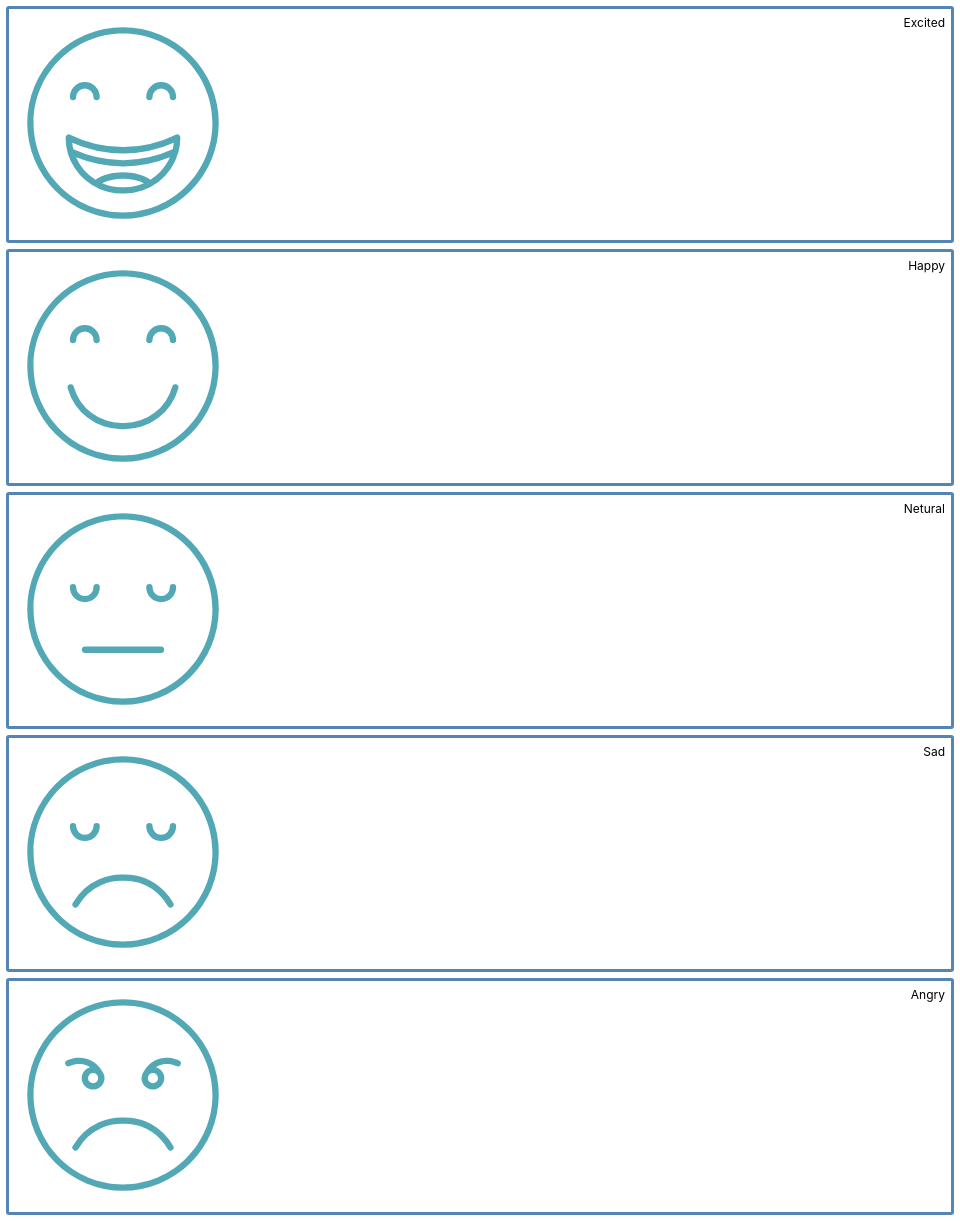
Repository: majakesin/moodify-app
Page: /
These files come from the project's save history. The page is drawn as it stood at one moment and after the next save; the edit follows.
The browser window is 1280 px wide. The pictures show the whole page, at 75% of full size.
The project was rebuilt for these pictures with package versions that can differ from the ones it lists, and the page was loaded fresh each time.

Above is the page before, as saved 2023-08-21 11:46:04.

### public/index.html
<!DOCTYPE html>
<html lang="en">
  <head>
    <meta charset="utf-8" />
    <link rel="icon" href="%PUBLIC_URL%/logo.svg" />
    <meta name="viewport" content="width=device-width, initial-scale=1" />
    <meta name="theme-color" content="#000000" />
    <meta
      name="description"
      content="Moodify -- App that gives yours ears the best music based on your mood"
    />
    <link rel="apple-touch-icon" href="%PUBLIC_URL%/logo.svg" />
    <!--
      manifest.json provides metadata used when your web app is installed on a
      user's mobile device or desktop. See https://developers.google.com/web/fundamentals/web-app-manifest/
    -->
    <link rel="manifest" href="%PUBLIC_URL%/manifest.json" />
    <!--
      Notice the use of %PUBLIC_URL% in the tags above.
      It will be replaced with the URL of the `public` folder during the build.
      Only files inside the `public` folder can be referenced from the HTML.

      Unlike "/favicon.ico" or "favicon.ico", "%PUBLIC_URL%/favicon.ico" will
      work correctly both with client-side routing and a non-root public URL.
      Learn how to configure a non-root public URL by running `npm run build`.
    -->
    <title>Moodify</title>
  </head>
  <body>
    <noscript>You need to enable JavaScript to run this app.</noscript>
    <div id="root"></div>
    <!--
      This HTML file is a template.
      If you open it directly in the browser, you will see an empty page.

      You can add webfonts, meta tags, or analytics to this file.
      The build step will place the bundled scripts into the <body> tag.

      To begin the development, run `npm start` or `yarn start`.
      To create a production bundle, use `npm run build` or `yarn build`.
    -->
  </body>
</html>

### src/App.js
import './App.css';
import {moods}  from 'src/data/moods'
import Mood from './components/Mood';

function App() {
  return (
    <div className="App">
      {moods.map(({type,icon}) => {
        return (<Mood type={type} icon={icon} />)
      })}
    </div>
  );
}

export default App;

### src/data/moods.js
export const moods = [
    {
        type: 'Excited',
        icon: <svg id="SvgjsSvg1081" width="288" height="288" xmlns="http://www.w3.org/2000/svg" version="1.1" xmlnsXlink="http://www.w3.org/1999/xlink" xmlnsSvgjs="http://svgjs.com/svgjs">
                <defs id="SvgjsDefs1082"></defs>
                <g id="SvgjsG1083">
                    <svg xmlns="http://www.w3.org/2000/svg" data-name="Layer 1" viewBox="0 0 512 512" width="288" height="288">
                        <path fill="currentcolor" d="M416.51318,95.48682A226.99992,226.99992,0,1,0,95.48682,416.51318,226.99992,226.99992,0,1,0,416.51318,95.48682ZM256,468C139.103,468,44,372.897,44,256S139.103,44,256,44s212,95.103,212,212S372.897,468,256,468ZM137.5,202a7.50006,7.50006,0,0,0,7.5-7.5,20.5,20.5,0,0,1,41,0,7.5,7.5,0,0,0,15,0,35.5,35.5,0,0,0-71,0A7.50006,7.50006,0,0,0,137.5,202Zm181,0a7.50006,7.50006,0,0,0,7.5-7.5,20.5,20.5,0,0,1,41,0,7.5,7.5,0,0,0,15,0,35.5,35.5,0,0,0-71,0A7.50006,7.50006,0,0,0,318.5,202Zm69.95947,82.13037a7.49875,7.49875,0,0,0-7.27832-.356A284.51645,284.51645,0,0,1,257.5,313h-1.48a284.55042,284.55042,0,0,1-125.2002-29.2251A7.4999,7.4999,0,0,0,120,290.5a132.31839,132.31839,0,0,0,79.15625,121.32324A131.47888,131.47888,0,0,0,252.5,423h7a132.5854,132.5854,0,0,0,127.794-97.37988A133.06894,133.06894,0,0,0,392,290.5,7.5003,7.5003,0,0,0,388.45947,284.13037ZM259.5,408h-7a116.58888,116.58888,0,0,1-46.02222-9.36157C219.72205,391.8783,237.33752,388,256.002,388c18.66236,0,36.27466,3.87708,49.51734,10.63538A116.56076,116.56076,0,0,1,259.5,408Zm83.08691-34.41309a117.56809,117.56809,0,0,1-21.38024,16.93219C305.07166,379.48517,281.17847,373,256.002,373c-25.18383,0-49.0852,6.48932-65.22168,17.52966a116.81051,116.81051,0,0,1-46.07495-53.13611,299.90773,299.90773,0,0,0,111.31323,21.61036c.5044,0,1.01612-.00147,1.52051-.00391A300.023,300.023,0,0,0,367.2478,337.40454,117.86031,117.86031,0,0,1,342.58691,373.58691ZM373.6593,318.347A284.8703,284.8703,0,0,1,257.46094,344c-.49219.00293-.97412.00391-1.46387.00391a284.90227,284.90227,0,0,1-117.65942-25.65967,117.74477,117.74477,0,0,1-2.72388-15.77832A299.64178,299.64178,0,0,0,256.02,328h1.519a299.80874,299.80874,0,0,0,118.84668-25.43555A117.6884,117.6884,0,0,1,373.6593,318.347Z" class="color2c2b2d svgShape"></path>
                    </svg>
                </g>
             </svg>
    },
    {
        type: 'Happy',
        icon: <svg id="SvgjsSvg1102" width="288" height="288" xmlns="http://www.w3.org/2000/svg" version="1.1" xmlnsXlink="http://www.w3.org/1999/xlink" xmlnsSvgjs="http://svgjs.com/svgjs">
                <defs id="SvgjsDefs1103"></defs>
                <g id="SvgjsG1104">
                    <svg xmlns="http://www.w3.org/2000/svg" data-name="Layer 1" viewBox="0 0 512 512" width="288" height="288">
                        <path fill="currentcolor" d="M382.042,299.40674a7.496,7.496,0,0,0-9.21582,5.251A117.42927,117.42927,0,0,1,259.5,391h-7a117.41578,117.41578,0,0,1-113.32715-86.33447,7.49971,7.49971,0,1,0-14.46484,3.96875A132.417,132.417,0,0,0,252.5,406h7a132.58733,132.58733,0,0,0,127.793-97.37744A7.4999,7.4999,0,0,0,382.042,299.40674ZM416.51367,95.48682A227.00026,227.00026,0,0,0,95.48633,416.51318,227.00026,227.00026,0,0,0,416.51367,95.48682ZM256,468C139.10254,468,44,372.897,44,256S139.10254,44,256,44s212,95.103,212,212S372.89746,468,256,468ZM137.5,202a7.49974,7.49974,0,0,0,7.5-7.5,20.5,20.5,0,0,1,41,0,7.5,7.5,0,0,0,15,0,35.5,35.5,0,0,0-71,0A7.49974,7.49974,0,0,0,137.5,202Zm181,0a7.49974,7.49974,0,0,0,7.5-7.5,20.5,20.5,0,0,1,41,0,7.5,7.5,0,0,0,15,0,35.5,35.5,0,0,0-71,0A7.49974,7.49974,0,0,0,318.5,202Z" class="color2c2b2d svgShape"></path>
                    </svg>
                </g>
            </svg> ,
    },
    {
        type: 'Netural',
        icon: <svg id="SvgjsSvg1123" width="288" height="288" xmlns="http://www.w3.org/2000/svg" version="1.1" xmlnsXlink="http://www.w3.org/1999/xlink" xmlnsSvgjs="http://svgjs.com/svgjs">
                <defs id="SvgjsDefs1124"></defs>
                <g id="SvgjsG1125">
                    <svg xmlns="http://www.w3.org/2000/svg" data-name="Layer 1" viewBox="0 0 512 512" width="288" height="288">
                        <path fill="currentcolor" d="M201,204.5a7.5,7.5,0,0,0-15,0,20.5,20.5,0,0,1-41,0,7.5,7.5,0,0,0-15,0,35.5,35.5,0,0,0,71,0ZM374.5,197a7.50006,7.50006,0,0,0-7.5,7.5,20.5,20.5,0,0,1-41,0,7.5,7.5,0,0,0-15,0,35.5,35.5,0,0,0,71,0A7.50006,7.50006,0,0,0,374.5,197ZM416.51318,95.48682A226.99992,226.99992,0,1,0,95.48682,416.51318,226.99992,226.99992,0,1,0,416.51318,95.48682ZM256,468C139.103,468,44,372.897,44,256S139.103,44,256,44s212,95.103,212,212S372.897,468,256,468Zm90-123H166a7.5,7.5,0,0,0,0,15H346a7.5,7.5,0,0,0,0-15Z" class="color2c2b2d svgShape"></path>
                    </svg>
                </g>
            </svg>,
    },
    {
        type: 'Sad',
        icon: <svg id="SvgjsSvg1193" width="288" height="288" xmlns="http://www.w3.org/2000/svg" version="1.1" xmlnsXlink="http://www.w3.org/1999/xlink" xmlnsSvgjs="http://svgjs.com/svgjs">
                <defs id="SvgjsDefs1194"></defs>
                <g id="SvgjsG1195">
                    <svg xmlns="http://www.w3.org/2000/svg" data-name="Layer 1" viewBox="0 0 512 512" width="288" height="288">
                         <path fill="currentcolor" d="M165.5,230A35.54028,35.54028,0,0,0,201,194.5a7.5,7.5,0,0,0-15,0,20.5,20.5,0,0,1-41,0,7.5,7.5,0,0,0-15,0A35.54028,35.54028,0,0,0,165.5,230Zm209-43a7.50006,7.50006,0,0,0-7.5,7.5,20.5,20.5,0,0,1-41,0,7.5,7.5,0,0,0-15,0,35.5,35.5,0,0,0,71,0A7.50006,7.50006,0,0,0,374.5,187ZM353.19336,347.94678A132.16887,132.16887,0,0,0,259.5,309.14014h-7a131.47793,131.47793,0,0,0-53.34082,11.17529,133.55143,133.55143,0,0,0-62.24854,56.51221,7.50013,7.50013,0,0,0,13.07911,7.34472,118.4576,118.4576,0,0,1,55.21435-50.1289A116.57358,116.57358,0,0,1,252.5,324.14014h7a117.16738,117.16738,0,0,1,83.08691,34.41308,117.92616,117.92616,0,0,1,19.42432,25.62061,7.5,7.5,0,0,0,13.07715-7.34766A132.92018,132.92018,0,0,0,353.19336,347.94678Zm63.31982-252.46A226.99992,226.99992,0,1,0,95.48682,416.51318,226.99992,226.99992,0,1,0,416.51318,95.48682ZM256,468C139.103,468,44,372.897,44,256S139.103,44,256,44s212,95.103,212,212S372.897,468,256,468Z" class="color2c2b2d svgShape"></path>
                    </svg>
                </g>
            </svg>,
    },
    {
        type: 'Angry',
        icon: <svg id="SvgjsSvg1217" width="288" height="288" xmlns="http://www.w3.org/2000/svg" version="1.1" xmlnsXlink="http://www.w3.org/1999/xlink" xmlnSvgjs="http://svgjs.com/svgjs">
                <defs id="SvgjsDefs1218"></defs>
                     <g id="SvgjsG1219">
                        <svg xmlns="http://www.w3.org/2000/svg" data-name="Layer 1" viewBox="0 0 512 512" width="288" height="288">
                            <path fill="currentcolor" d="M353.19336,347.94629A132.1737,132.1737,0,0,0,259.5,309.13965h-7a131.5101,131.5101,0,0,0-53.3418,11.17578,133.55212,133.55212,0,0,0-62.24707,56.51172,7.49995,7.49995,0,0,0,13.07813,7.3457A118.46814,118.46814,0,0,1,205.20313,334.043,116.60013,116.60013,0,0,1,252.5,324.13965h7a117.16506,117.16506,0,0,1,83.08691,34.41406,117.92838,117.92838,0,0,1,19.42481,25.62012,7.49957,7.49957,0,1,0,13.07617-7.34766A132.91978,132.91978,0,0,0,353.19336,347.94629ZM416.51367,95.48682A227.00044,227.00044,0,0,0,95.48633,416.51367,227.00044,227.00044,0,0,0,416.51367,95.48682ZM256,468C139.10254,468,44,372.89746,44,256,44,139.103,139.10254,44,256,44s212,95.103,212,212C468,372.89746,372.89746,468,256,468ZM175.12207,188.29736c.96533.53955,1.88086,1.10938,2.769,1.69336a27.02454,27.02454,0,1,0,28.58863,9.52246,62.7776,62.7776,0,0,0-24.04029-24.31005c-27.82519-15.55176-56.1748-2.73292-59.31445-1.21973a7.49994,7.49994,0,1,0,6.50977,13.51367C132.05762,186.33057,153.91113,176.44189,175.12207,188.29736ZM185.12012,204a12,12,0,1,1-12,12A12.01344,12.01344,0,0,1,185.12012,204ZM388.875,173.9834c-3.1416-1.51367-31.49121-14.33447-59.31348,1.21924a62.778,62.778,0,0,0-24.04126,24.31054,26.989,26.989,0,1,0,28.58887-9.52234c.88843-.58435,1.804-1.15429,2.76978-1.694,21.21191-11.85743,43.06347-1.96631,45.48632-.79981A7.49994,7.49994,0,1,0,388.875,173.9834ZM338.87988,216a12,12,0,1,1-12-12A12.01343,12.01343,0,0,1,338.87988,216Z" class="color2c2b2d svgShape"></path>
                        </svg>
                    </g>
            </svg>
    }
]

### src/components/Mood/index.jsx
import styles from './index.module.css';

const Mood = (props) => {

    const {type, icon} = props;

    return (
        <div className={styles.card}>
          <div className={styles.icon}>
            {icon}
          </div>
          <div>
            {type}
        </div>
        </div>
    )
};

export default Mood;

### src/components/Mood/index.module.css

@import '../../styles/variables.css';

.card {
    border: 4px solid var(--first-color);
    border-radius: 4px;
    margin: 8px;
    padding: 8px;
    display: flex;
    justify-content: space-between;
}

.icon {
    color: var(--second-color);
}

### src/styles/variables.css
:root,
    :root.blue {
        --first-color: #5585b5;
        --second-color: #53a8b6;
        --third-color: #79c2d0;
        --fourth-color: #bbe4e9;
    }
    :root.rainbow {
        --first-color: #cbf078;
        --second-color: #f8f398;
        --third-color: #f1b963;
        --fourth-color: #e46161;
    }
    :root.pink {
        --first-color: #45171d;
        --second-color: #e84a5f;
        --third-color: #ff847c;
        --fourth-color: #fecea8;

    }

Loaded but not shown: src/index.js (common file); src/index.css (common file); src/reportWebVitals.js (common file); src/App.css (common file)

After the next save:
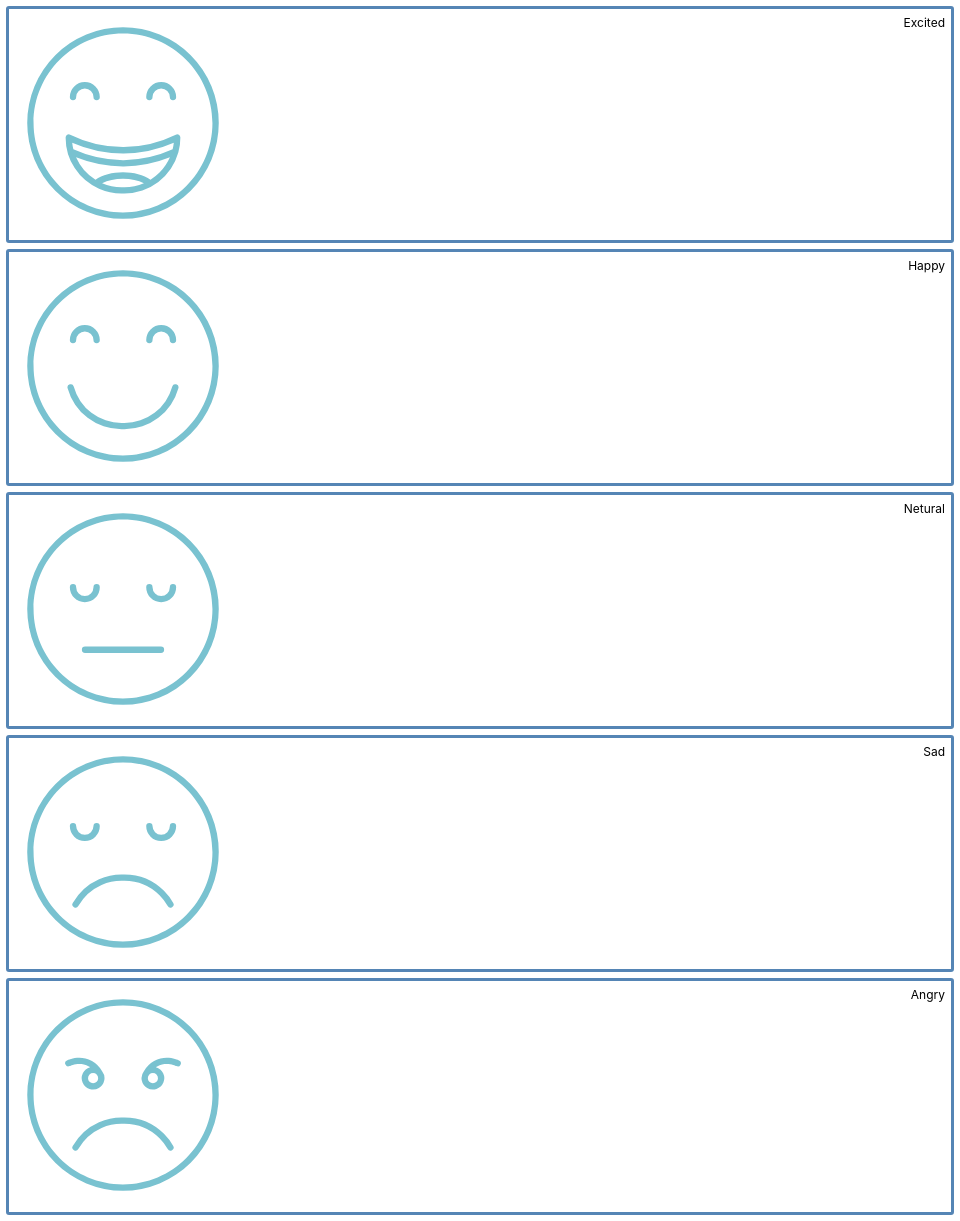
Saved 12 s later.
--- a/src/components/Mood/index.module.css
+++ b/src/components/Mood/index.module.css
@@ -11,5 +11,5 @@
 }
 
 .icon {
-    color: var(--second-color);
+    color: var(--third-color);
 }
